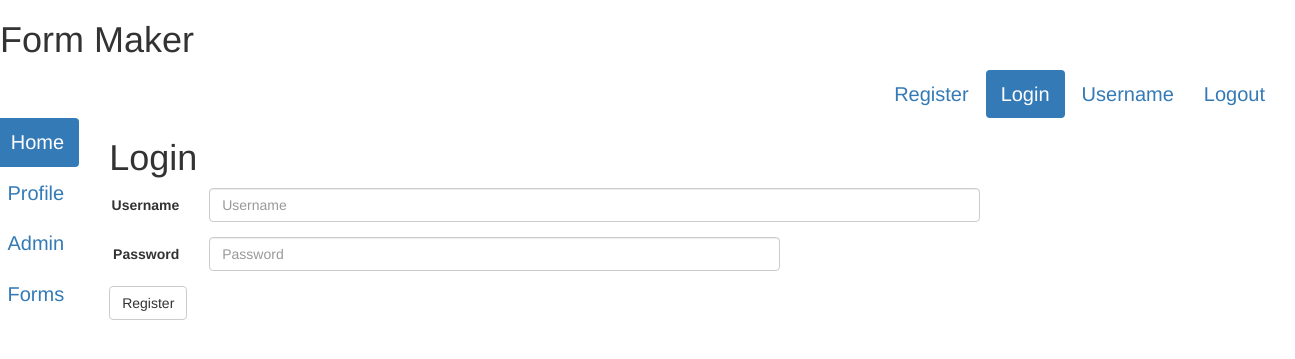
Repository: dishant8/Web-development
Page: public/WebDevWorkspace/Assignment1/WebContent/Css/Bootstrap/profile.html
These files come from the project's save history. The page is drawn as it stood at one moment and after the next save; the edit follows.
The browser window is 1280 px wide. The page is 1295 px wide, so the pictures cover 1295 px, including what lies to the right of the window. The pictures show the whole page.

Above is the page before, as saved 2015-09-30 23:41:56.

After the next save:
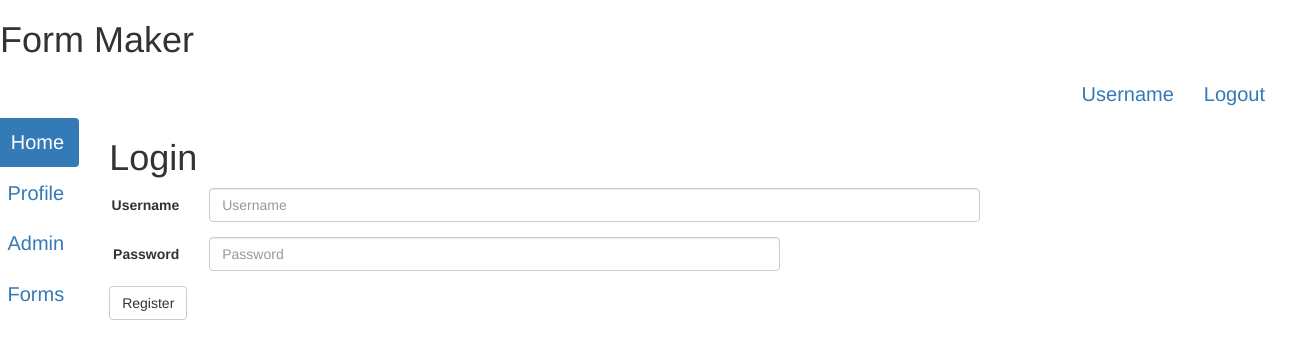
Saved 68 s later.
--- a/public/WebDevWorkspace/Assignment1/WebContent/Css/Bootstrap/profile.html
+++ b/public/WebDevWorkspace/Assignment1/WebContent/Css/Bootstrap/profile.html
@@ -18,9 +18,6 @@
 			<ul class="nav nav-pills">
 				<li id="logout" role="presentation"><a href="login.html">Logout</a></li>
 				<li id="username" role="presentation"><a href="home.html">Username</a></li>
-				<li id="login" role="presentation" class="active"><a
-					href="login.html">Login</a></li>
-				<li id="register" role="presentation"><a href="register.html">Register</a></li>
 			</ul>
 		</header>
 
